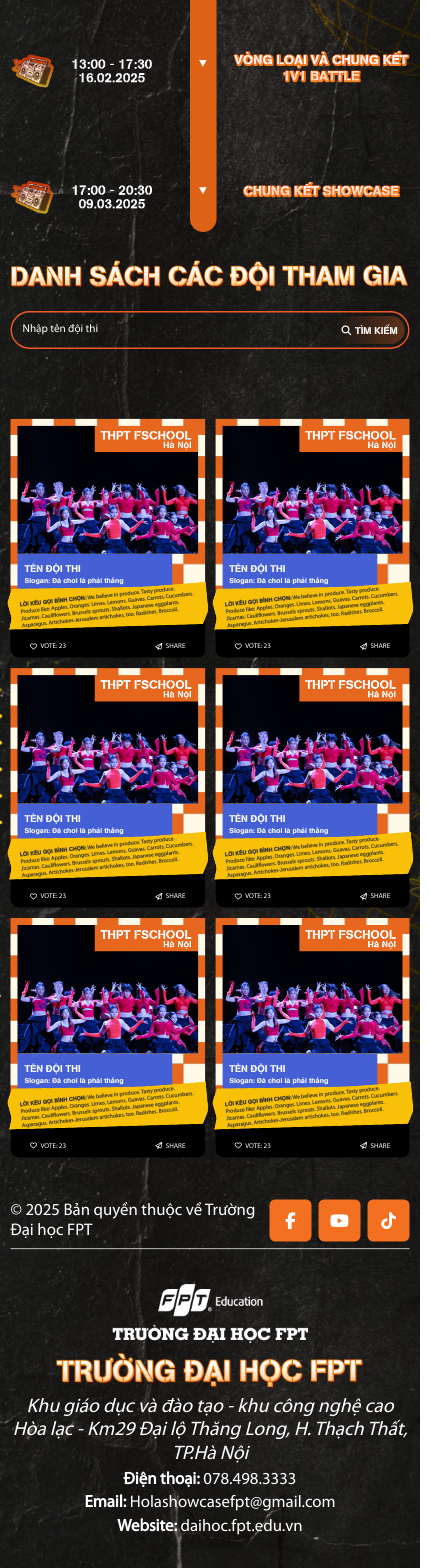
Repository: dinhtri123/hola_fpt
Page: index.html
These files come from the project's save history. The page is drawn as it stood at one moment and after the next save; the edit follows.
The browser window is 600 px wide. The page is 614 px wide, so the pictures cover 614 px, including what lies to the right of the window. The pictures show the part of the page from y = 2888 to 5128 px (the page is 5130 px tall), at 70% of full size.

Above is the page before, as saved 2025-01-04 22:02:14.

After the next save:
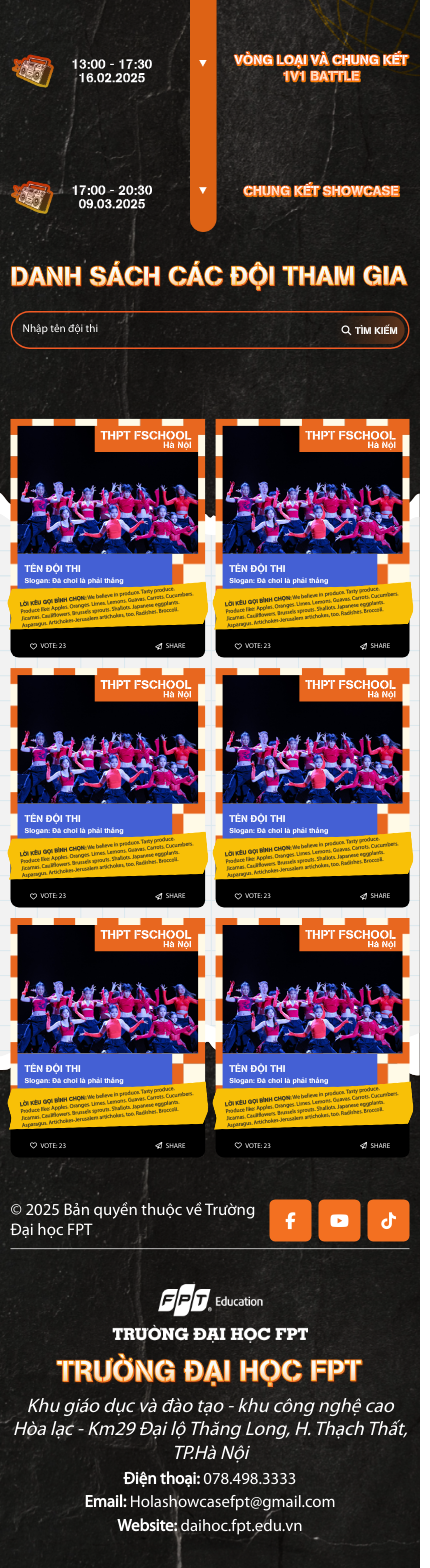
Saved 5 s later.
--- a/styles.css
+++ b/styles.css
@@ -481,17 +481,15 @@
     position: relative;
   }
   .news-list::before {
-    .news-list::before {
-      content: "";
-      position: absolute;
-      top: 100px;
-      left: -15px;
-      background-image: url(./images/news-list-bg.png);
-      background-repeat: no-repeat;
-      background-size: 100%;
-      width: calc(100% + 30px);
-      height: 100%;
-      z-index: -1;
-    }
-  }
-}
+    content: "";
+    position: absolute;
+    top: 100px;
+    left: -15px;
+    background-image: url(./images/news-list-bg.png);
+    background-repeat: no-repeat;
+    background-size: 100%;
+    width: calc(100% + 30px);
+    height: 100%;
+    z-index: -1;
+  }
+}
